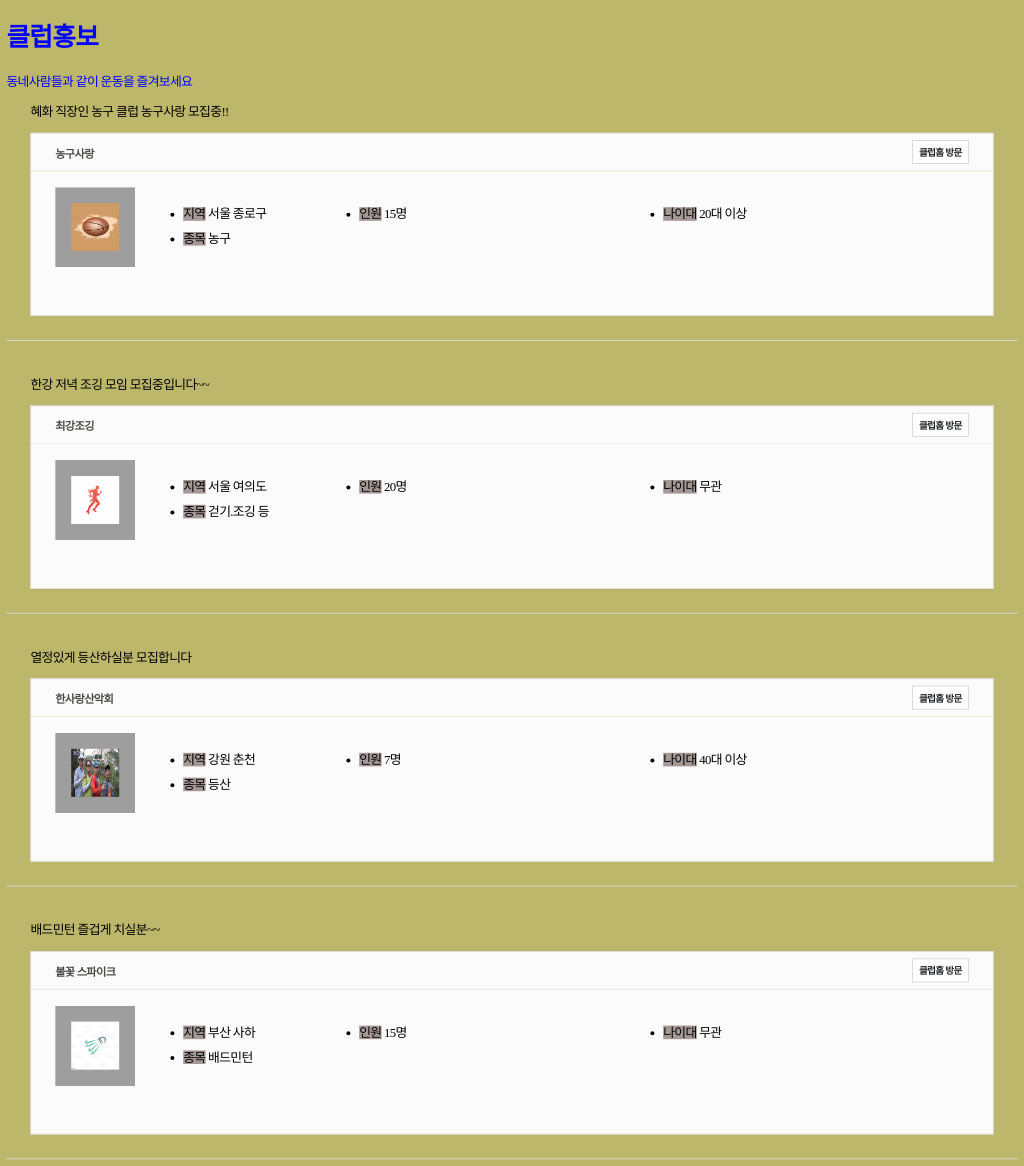
Repository: jaemin333/study
Page: club.html
These files come from the project's save history. The page is drawn as it stood at one moment and after the next save; the edit follows.
The browser window is 1280 px wide. The pictures show the whole page, at 80% of full size.
Pictures or frames that could not be fetched are drawn as grey boxes.

Above is the page before, as saved 2021-07-02 21:57:47.

After the next save:
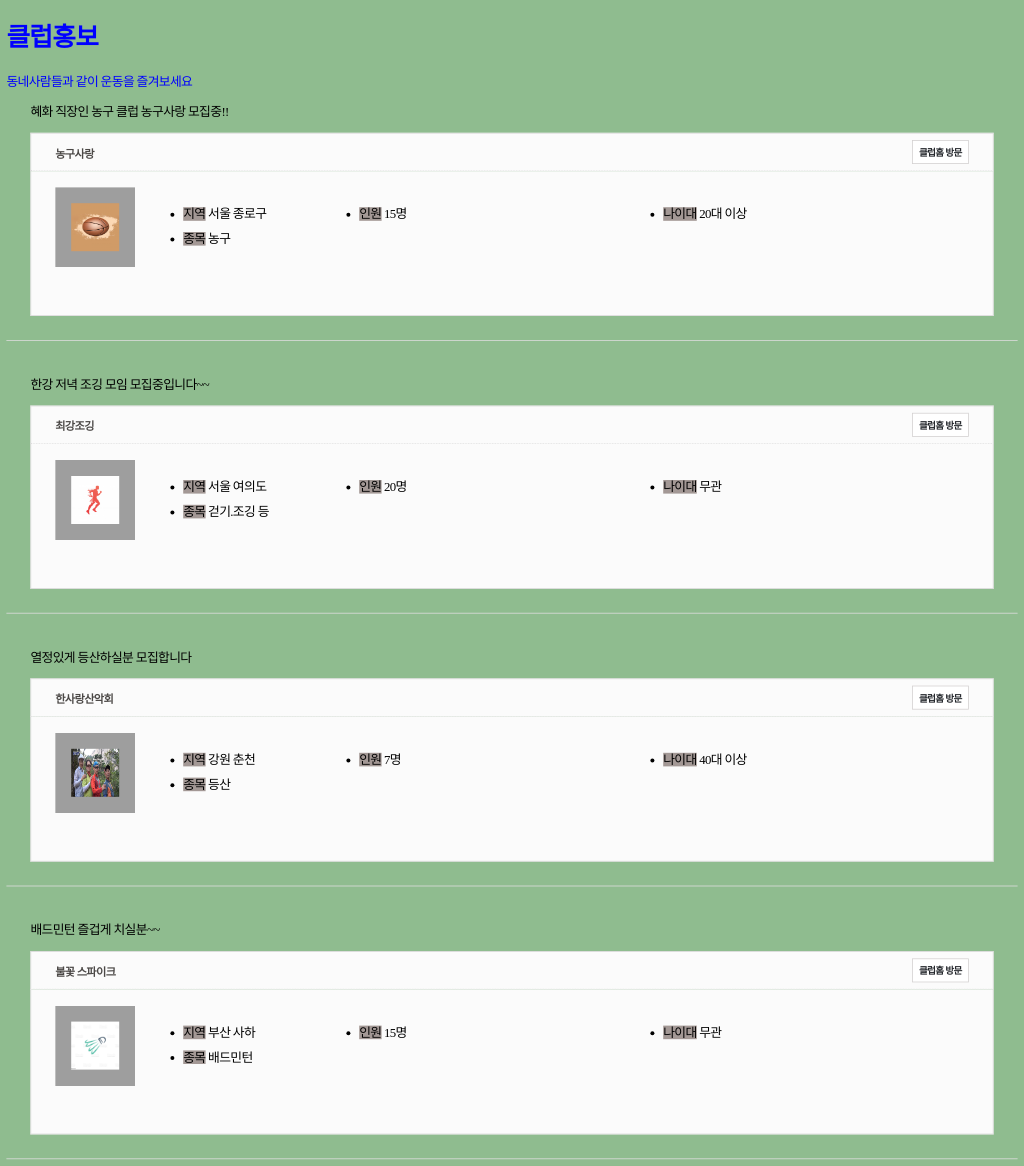
Saved 23 s later.
--- a/style.css
+++ b/style.css
@@ -5,7 +5,7 @@ div {
 
 
 body {
-    background-color: darkkhaki;
+    background-color: darkseagreen;
     word-break: break-all;
     -ms-word-break: break-all;
     letter-spacing: -0.050em;
